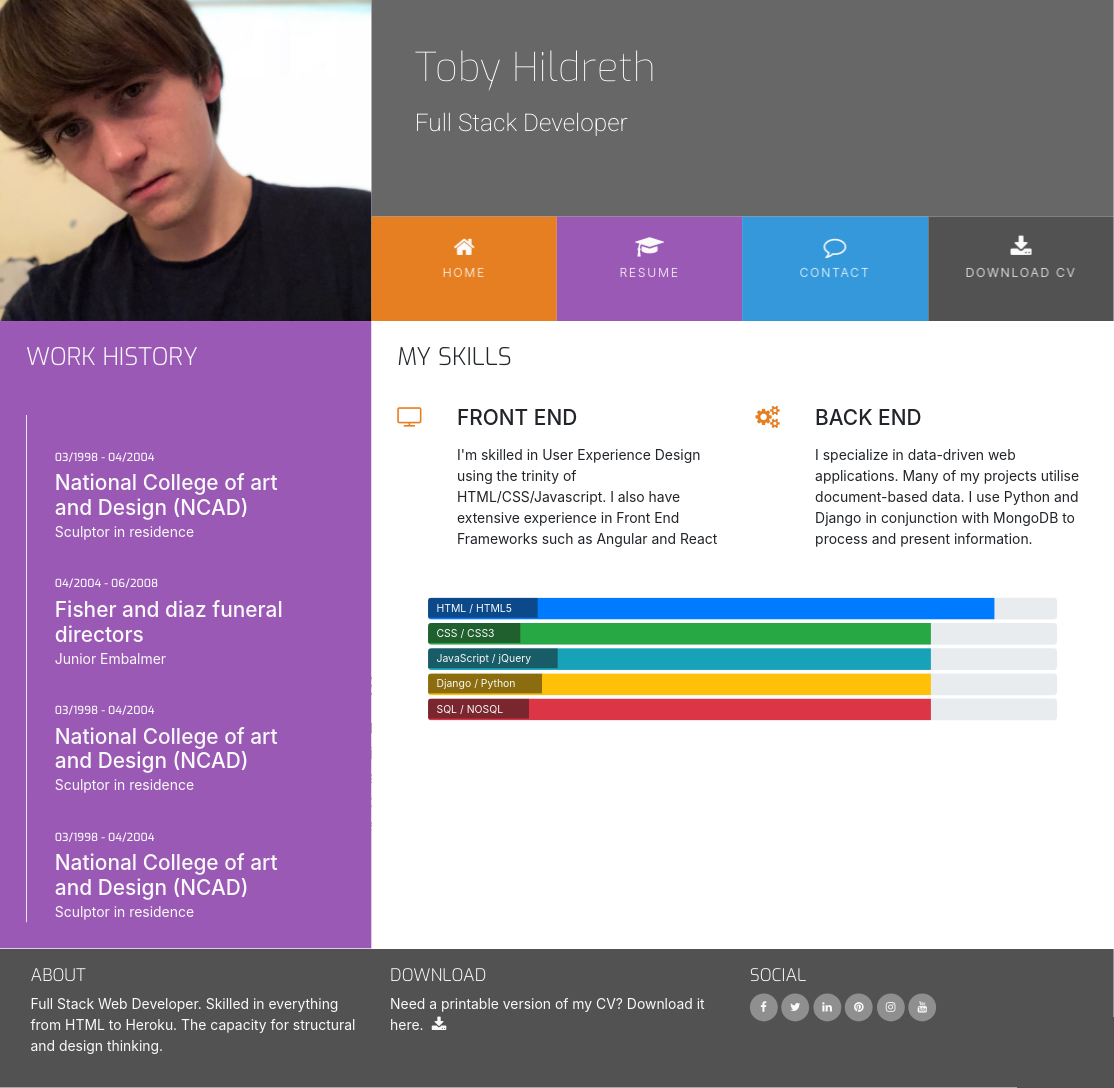
Repository: radioactivetux9/test
Page: resume.html
The author's editor kept a record of every edit. The page is drawn from the files as they stood at one moment, then again after the next edit.
The browser window is 1280 px wide. The pictures show the whole page, at 87% of full size.
Some web libraries are served in a nearby version.

Above is the page before.

### resume.html
<!DOCTYPE html>
<html lang="en">

<head>
    <meta charset="UTF-8">
    <meta name="viewport" content="width=device-width, initial-scale=1.0">
    <meta http-equiv="X-UA-Compatible" content="ie=edge">
    <link rel="stylesheet" href="https://maxcdn.bootstrapcdn.com/bootstrap/4.2.1/css/bootstrap.min.css" type="text/css" />
    <link rel="stylesheet" href="https://maxcdn.bootstrapcdn.com/font-awesome/4.7.0/css/font-awesome.min.css" type="text/css" />
    <link rel="stylesheet" href="https://cdnjs.cloudflare.com/ajax/libs/hover.css/2.1.1/css/hover-min.css" type="text/css" />
    <link rel="stylesheet" href="assets/css/style.css">
    <title>Toby</title>
</head>

<body>
    <header>
        <div class="row no-gutters">
            <a class="col-md-4 logo" href="02-index.html"></a>
            <div class="col-md-8">
                <div class="row no-gutters bg-color-name-title">
                    <div class="col heading">
                        <h1 class="name">Toby Hildreth</h1>
                        <h2 class="title"> Full Stack Developer</h2>
                    </div>
                </div>
                <div class="row no-gutters">
                    <div class="col">
                        <ul id="nav" class="list-inline menucontainer">
                            <li class="col-6 col-sm-3 list-inline-item ui-menu-color-home menuitem">
                                <a href="#" class="hvr-sweep-to-bottom"><i class="fa fa-home" aria-hidden="true"></i><span>Home</span></a>
                            </li>
                            <li class="col-6 col-sm-3 list-inline-item ui-menu-color-resume menuitem">
                                <a href="/resume.html" class="hvr-sweep-to-bottom"><i class="fa fa-graduation-cap" aria-hidden="true"></i><span>Resume</span></a>
                            </li>
                            <li class="col-6 col-sm-3 list-inline-item ui-menu-color-contact menuitem">
                                <a href="#" class="hvr-sweep-to-bottom"><i class="fa fa-comment-o" aria-hidden="true"></i><span>Contact</span></a>
                            </li>
                            <li class="col-6 col-sm-3 list-inline-item ui-menu-color-download menuitem">
                                <a href="#" class="hvr-sweep-to-bottom"><i class="fa fa-download" aria-hidden="true"></i><span>Download CV</span></a>
                            </li>
                        </ul>
                    </div>
                </div>
            </div>
        </div>
    </header>
    <section class="container-fluid">
        <div class="row">
            <div class="col-md-4 bg-color-work-history section-column">
                <div class="row">
                    <div class="col-12">
                        <h3 class="history-heading uppercase">
                            Work History
                        </h3>
                    </div>
                </div>
                <div class="timeline-item" data-dates="03/1998 - 04/2004">
                    <h4>National College of art and Design (NCAD)</h4>
                    <p>Sculptor in residence</p>
                </div>
                <div class="timeline-item" data-dates="04/2004 - 06/2008">
                    <h4>Fisher and diaz funeral directors</h4>
                    <p>Junior Embalmer</p>
                </div>
                <div class="timeline-item" data-dates="03/1998 - 04/2004">
                    <h4>National College of art and Design (NCAD)</h4>
                    <p>Sculptor in residence</p>
                </div>
                <div class="timeline-item" data-dates="03/1998 - 04/2004">
                    <h4>National College of art and Design (NCAD)</h4>
                    <p>Sculptor in residence</p>
                </div>
            </div>
            <div class="col-md-8 bg-color-three-reasons section-column">
                <div class="row">
                    <div class="col">
                        <h3 class="section-heading uppercase">My Skills</h3>
                    </div>
                </div>
                <div class="row">
                    <div class="col-10 offset-1 offset-sm-0 col-sm-4 col-md-6">
                        <div class="row">
                            <div class="col-2">
                                <i class="three-reasons-icon fa fa-tv" aria-hidden="true"></i>
                            </div>
                            <div class="col-10">
                                <h4 class="three-reasons-heading uppercase">Front End</h4>
                                <p>
                                    I'm skilled in User Experience Design using the trinity of HTML/CSS/Javascript. I also have extensive experience in Front End Frameworks such as Angular and React
                                </p>
                            </div>
                        </div>
                    </div>
                    <div class="col-10 offset-1 offset-sm-0 col-sm-4 col-md-6">
                        <div class="row">
                            <div class="col-2">
                                <i class="three-reasons-icon fa fa-gears" aria-hidden="true"></i>
                            </div>
                            <div class="col-10">
                                <h4 class="three-reasons-heading uppercase">Back End</h4>
                                <p>
                                    I specialize in data-driven web applications. Many of my projects utilise document-based data. I use Python and Django in conjunction with MongoDB to process and present information.
                                </p>
                            </div>
                        </div>
                    </div>
                </div>
                <div class="row progress-section">
                    <div class="col">
                        <div class="progress">
                            <div class="progress-bar" role="progressbar" aria-valuenow="90" aria-valuemin="0" ara=ia-valuemax="100" style="width:90%;">
                                <span class="sr-only">90% Complete</span>
                            </div>
                            <span class="progress-type">HTML / HTML5</span>
                        </div>
                        <div class="progress">
                            <div class="progress-bar bg-success" role="progressbar" aria-valuenow="80" aria-valuemin="0" ara=ia-valuemax="100" style="width:80%;">
                                <span class="sr-only">80% Complete</span>
                            </div>
                            <span class="progress-type">CSS / CSS3</span>
                        </div>
                        <div class="progress">
                            <div class="progress-bar bg-info" role="progressbar" aria-valuenow="70" aria-valuemin="0" ara=ia-valuemax="100" style="width:80%;">
                                <span class="sr-only">70% Complete</span>
                            </div>
                            <span class="progress-type">JavaScript / jQuery</span>
                        </div>
                        <div class="progress">
                            <div class="progress-bar bg-warning" role="progressbar" aria-valuenow="80" aria-valuemin="0" ara=ia-valuemax="100" style="width:80%;">
                                <span class="sr-only">80% Complete</span>
                            </div>
                            <span class="progress-type">Django / Python</span>
                        </div>
                        <div class="progress">
                            <div class="progress-bar bg-danger" role="progressbar" aria-valuenow="80" aria-valuemin="0" ara=ia-valuemax="100" style="width:80%;">
                                <span class="sr-only">80% Complete</span>
                            </div>
                            <span class="progress-type">SQL / NOSQL</span>
                        </div>

                    </div>
                </div>
            </div>
        </div>

    </section>
    <footer class="container-fluid">
        <div id="footer-details" class="row">
            <div class="col-sm-4">
                <h5 class="uppercase general-sub">About</h5>
                <p class="inline-block">
                    Full Stack Web Developer. Skilled in everything from HTML to Heroku. The capacity for structural and design thinking.
                </p>
            </div>
            <div class="col-sm-4">
                <h5 class="uppercase general-sub">Download</h5>
                <p class="inline-block">
                    Need a printable version of my CV? Download it here.
                    <a href="#" target="_blank" class="cv-pdf">
                        <i class="fa fa-download" aria-hidden="true"></i>
                        <span class="sr-only">Download link.</span>
                    </a>
                </p>
            </div>
            <div class="col-sm-4">
                <h5 class="uppercase general-sub">Social</h5>
                <ul class="list-inline social-links">
                    <li class="list-inline-item">
                        <a target="_blank" href="#">
                            <i class="fa fa-facebook" aria-hidden="true"></i>
                            <span class="sr-only">Facebook</span>
                        </a>
                    </li>
                    <li class="list-inline-item">
                        <a target="_blank" href="#">
                            <i class="fa fa-twitter" aria-hidden="true"></i>
                            <span class="sr-only">Twitter</span>
                        </a>
                    </li>
                    <li class="list-inline-item">
                        <a target="_blank" href="#">
                            <i class="fa fa-linkedin" aria-hidden="true"></i>
                            <span class="sr-only">LinkedIn</span>
                        </a>
                    </li>
                    <li class="list-inline-item">
                        <a target="_blank" href="#">
                            <i class="fa fa-pinterest" aria-hidden="true"></i>
                            <span class="sr-only">Pinterest</span>
                        </a>
                    </li>
                    <li class="list-inline-item">
                        <a target="_blank" href="#">
                            <i class="fa fa-instagram" aria-hidden="true"></i>
                            <span class="sr-only">Instagram</span>
                        </a>
                    </li>
                    <li class="list-inline-item">
                        <a target="_blank" href="#">
                            <i class="fa fa-youtube" aria-hidden="true"></i>
                            <span class="sr-only">YouTube</span>
                        </a>
                    </li>
                </ul>
            </div>
        </div>
    </footer>
</body>

</html>

### assets/css/style.css
@import url('https://fonts.googleapis.com/css?family=Roboto:100,200,300,400,500,600,700|Exo:100,200,300,400,500,600,700');

/*--------------------------------------------Colors*/

.bg-color-name-title {
    background-color: #676767;
}

.bg-color-three-reasons {
    background-color: #fff;
}

.bg-color-personal-info {
    background-color: #f4f4f4;
}

.ui-menu-color-home {
    background-color: #e67e22;
}

.ui-menu-color-resume {
    background-color: #9b59b6;
}

.ui-menu-color-contact {
    background-color: #3498db;
}

.ui-menu-color-download {
    background-color: #525252;
}

.row-table {
    display: table;
}

.section-column {
    display: table-cell;
    padding: 0 30px 30px;
    float: none;
}


.history-heading,
.section-heading {
    font-family: "Exo", sans-serif;
    font-weight: 300;
    margin-top: 25px;
    margin-bottom: 40px;
}



.bg-color-work-history {
    background-color: #9b59b6;
}

/* ----------------------------------------Special paddings/margins/text */

h1,
h2,
h3,
h4 {
    margin: 0;
}

.uppercase {
    text-transform: uppercase;
}

.general-sub {
    font-family: "Exo", sans-serif;
    font-weight: 300;
    color: #fafafa;
}

.inline-block {
    display: inline-block;
}

/*--------------------------------------------Heading*/

header {
    margin: 0;
}

.heading {
    margin-left: 50px;
}

.logo {
    background: url("/assets/images/UNADJUSTEDNONRAW_thumb_15f.jpg");
    background-position: center;
    background-repeat: no-repeat;
    background-size: cover;
    min-height: 360px;
    transition: all .5s ease-in-out;
    -moz-transition: all .5s ease-in-out;
    -webkit-transition: all .5s ease-in-out;
}

.name {
    font-family: "Exo", sans-serif;
    font-weight: 100;
    font-size: 46px;
    margin-top: 50px;
    color: #fff;
}

.title {
    font-family: "Roboto", sans-serif;
    font-weight: 200;
    font-size: 28px;
    margin-top: 20px;
    margin-bottom: 90px;
    color: #fff;
}

.list-inline-item:not(:last-child) {
    margin: 0;
}

.menucontainer {
    font-size: 0;
}

#nav li {
    font-size: 14px;
    padding: 0;
}

#nav {
    margin: 0;
}

.menuitem {
    height: 120px;
    text-align: center;
    padding: 0;
}

.menuitem a {
    width: 100%;
    text-decoration: none;
    color: #fff;
    height: 120px;
}

.menuitem a i {
    padding-top: 22px;
    display: block;
    color: #fafafa;
    font-size: 26px;
}

.menuitem span {
    display: block;
    width: 100%;
    padding-top: 5px;
    text-align: center;
    text-transform: uppercase;
    font-size: 14px;
    font-weight: 300;
    letter-spacing: 2px;
}

/*--------------------------------------------Hover.css*/

.hvr-sweep-to-bottom:before {
    background: rgba(0, 0, 0, 0.2);
    height: 120px;
}

/* ----------------------------------------Footer */

footer {
    background-color: #525252;
    color: #fafafa;
    min-height: 120px;
    margin: 0;
}

.cv-pdf i {
    font-size: 18px;
    color: #fafafa;
    text-align: center;
    padding-left: 5px;
    transition: all 0.35s ease-in-out;
    -moz-transition: all 0.35s ease-in-out;
    -webkit-transition: all 0.35s ease-in-out;
    -o-transition: all 0.35s ease-in-out;
}

.cv-pdf i:hover {
    color: #e84610;
}

.social-links {
    padding-bottom: 15px;
}

.social-links li a i {
    width: 32px;
    height: 32px;
    padding: 12px 0;
    border-radius: 50%;
    font-size: 13px;
    line-height: 7px;
    text-align: center;
    color: #fafafa;
    background: #8f8f8f;
    transition: all 0.35s ease-in-out;
    -moz-transition: all 0.35s ease-in-out;
    -webkit-transition: all 0.35s ease-in-out;
    -o-transition: all 0.35s ease-in-out;
}

.social-links li a i:hover {
    background: #e84610;
}

#footer-details {
    padding: 20px;
}

/* ----------------------------------------Three Reasons */

.three-reasons-icon {
    font-size: 26px;
    color: #e67e22;
}

.three-reasons-heading {
    margin-bottom: 15px;
}

/* ----------------------------------------personal info*/

.personal-info-item {
    margin-bottom: 20px;
    display: block;
    clear: both;
}

.personal-info-item .key,
.personal-info-item .value {
    padding-right: 8px;
    display: inline-block;

}

.personal-info-item .key p,
.personal-info-item .value p {
    margin: 0;
}

.personal-info-item .key {
    width: 30%;
    margin-right: 21px;
    padding-top: 2px;
    vertical-align: top;
}

.personal-info-item .key p {
    font-weight: 700;

}

.personal-info-item .value {
    width: 60%;
    position: relative;

}


/*--------------------------------------------SKills*/

.progress {
    position: relative;
    height: 25px;
    margin-bottom: 4px;

}

.progress-type {
    position: absolute;
    left: 0px;
    font-weight: 400;
    padding: 3px 30px 2px 10px;
    color: #fafafa;
    background-color: rgba(25, 25, 25, 0.5)
}

.progress-section {
    margin: 40px 20px;
}

/*--------------------------------------------work history*/

.history-heading {

    color: #fafafa;
    margin-bottom: 50px;
}

.timeline-item{
    padding: 4em 2em 0em 2em;
    position: relative;
    color: #fafafa;
    border-left: 1px solid;
}

.timeline-item p {
    padding: 0;
    margin: 0;
}

.timeline-item:before{
    content: attr(data-dates);
    position: absolute;
    left: 2.5em;
    top: 3em;
    display: block;
    font-family: "Exo", sans-serif;
    font-weight: 500;
    font-size: 0.8em;
    padding: 0;
    margin: 0;
}

..timeline-item:after{
    width: 12px;
    height: 12px;
    display: block;
    top: 2.4em;
    position: absolute;
    left: -6px;
    border-radius: 12px;
    content: '';
    background: #fafafa;
}

After the next edit:
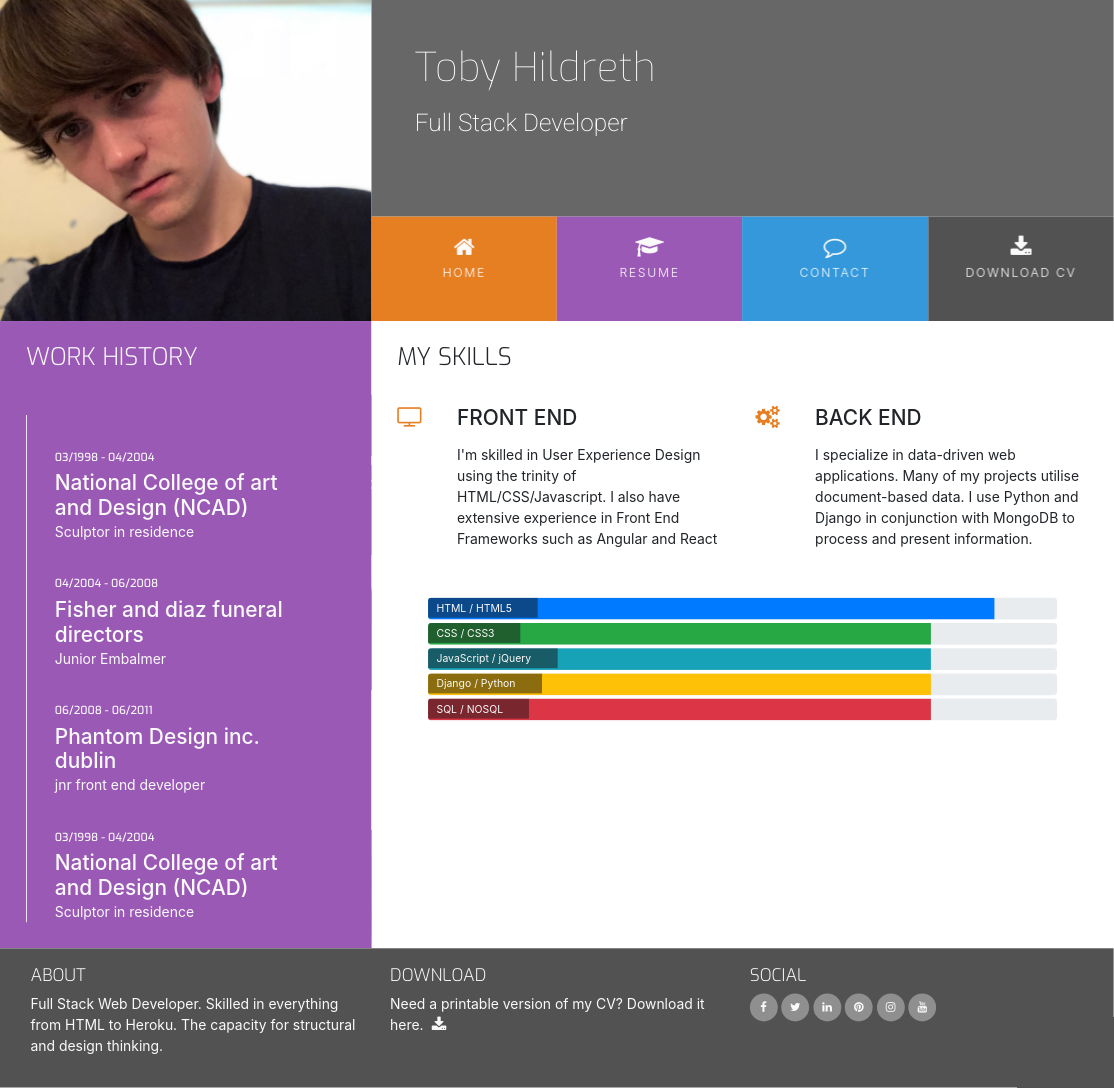
The edit:
--- a/resume.html
+++ b/resume.html
@@ -62,9 +62,9 @@
                     <h4>Fisher and diaz funeral directors</h4>
                     <p>Junior Embalmer</p>
                 </div>
-                <div class="timeline-item" data-dates="03/1998 - 04/2004">
-                    <h4>National College of art and Design (NCAD)</h4>
-                    <p>Sculptor in residence</p>
+                <div class="timeline-item" data-dates="06/2008 - 06/2011">
+                    <h4>Phantom Design inc. dublin</h4>
+                    <p>jnr front end developer</p>
                 </div>
                 <div class="timeline-item" data-dates="03/1998 - 04/2004">
                     <h4>National College of art and Design (NCAD)</h4>
